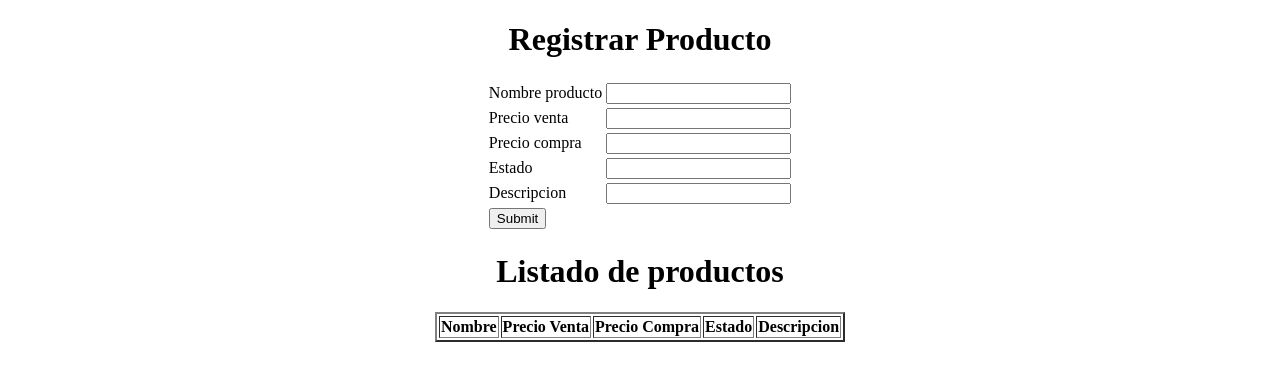
Repository: NayshaOCruz98/CL2ORTIZ
Page: http://localhost/LPII_CL2_ORTIZCRUZNAYSHA/ControladorServletprod
The author's editor kept a copy of each file at every save. The page is drawn from the files as they stood at one save, then again after the next save.
The browser window is 1280 px wide. The pictures show the whole page.
The page is served by Tomcat 9.

Above is the page before, as saved 2023-10-24 19:54:34.

After the next save:
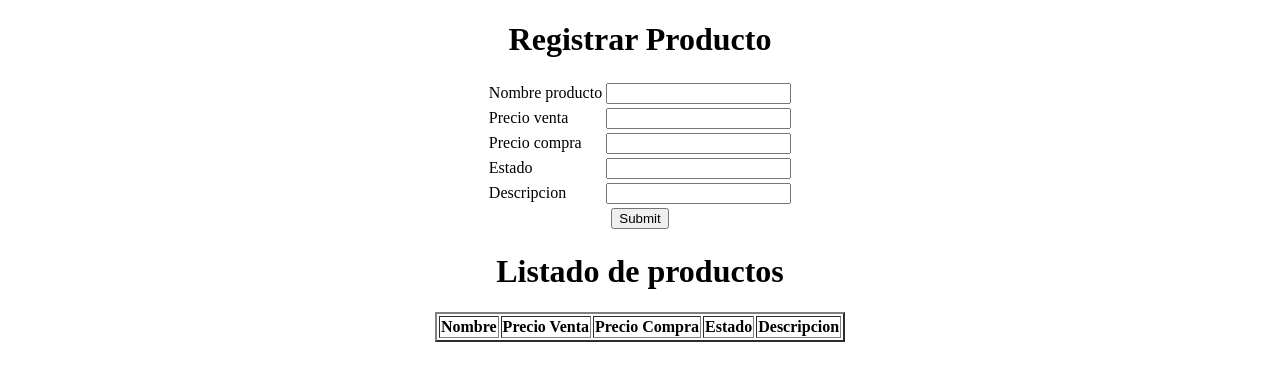
Saved 18 s later.
--- a/LPII_CL2_ORTIZCRUZNAYSHA/src/main/webapp/RegistrarProducto.jsp
+++ b/LPII_CL2_ORTIZCRUZNAYSHA/src/main/webapp/RegistrarProducto.jsp
@@ -34,7 +34,7 @@
 <td><input type="text" name="descrip"></td>
 </tr>
 <tr>
-<td colspan="2">
+<td colspan="2" align="center">
 <input type="submit" name="Registra Producto">
 </td>
 </tr>
